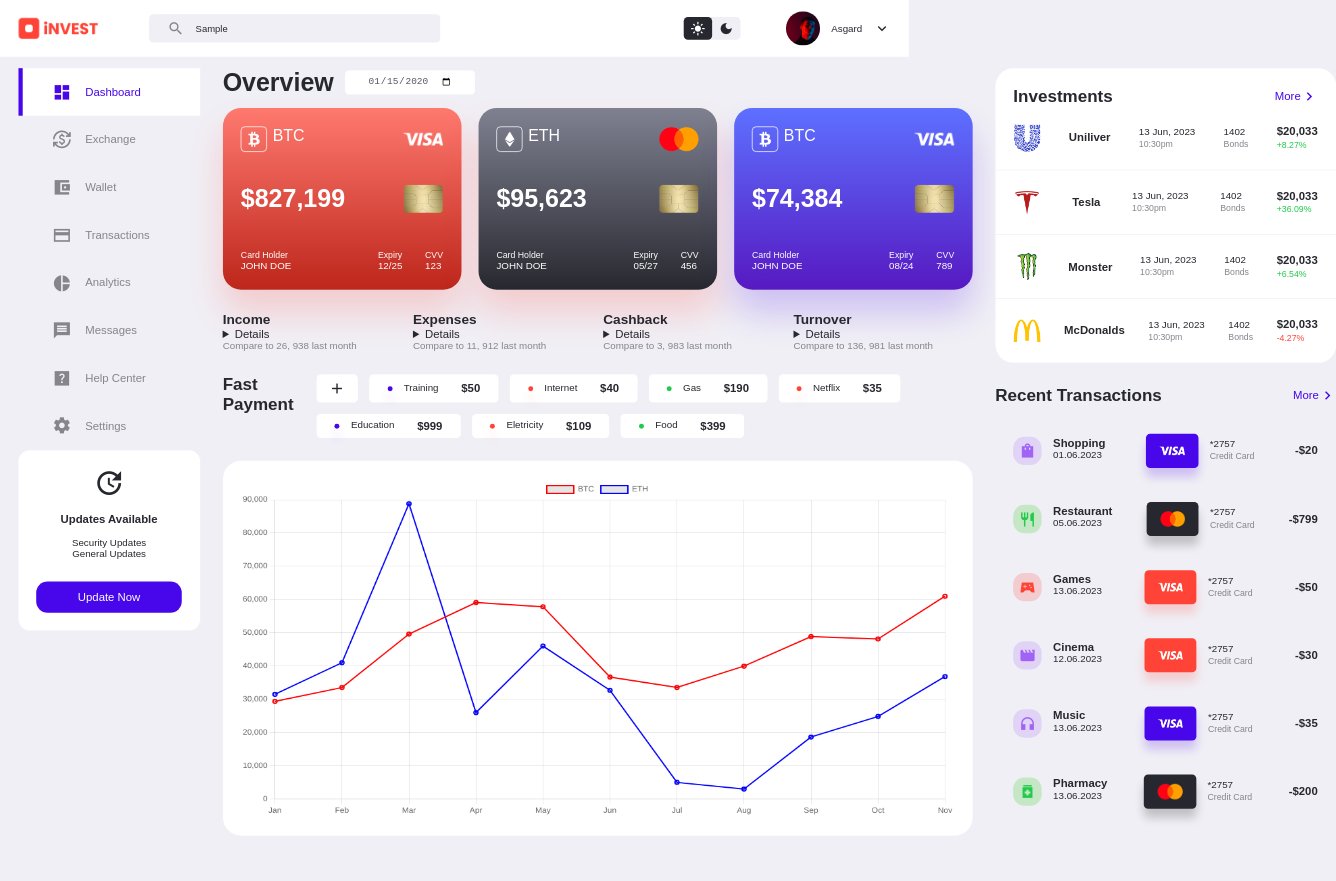
Repository: eziocdl/Admin_Dash
Page: index.html
The author's editor kept a copy of each file at every save. The page is drawn from the files as they stood at one save, then again after the next save.
The browser window is 1280 px wide. The page is 1882 px wide, so the pictures cover 1882 px, including what lies to the right of the window. The pictures show the whole page, at 71% of full size.
Empty fields were first filled with sample values (such as "Sample", 5 or name@example.com).
After loading, the first visible `div.theme-btn` was clicked once.
Some web libraries are served in a nearby version.

Above is the page before, as saved 2023-06-15 23:06:24.

After the next save:
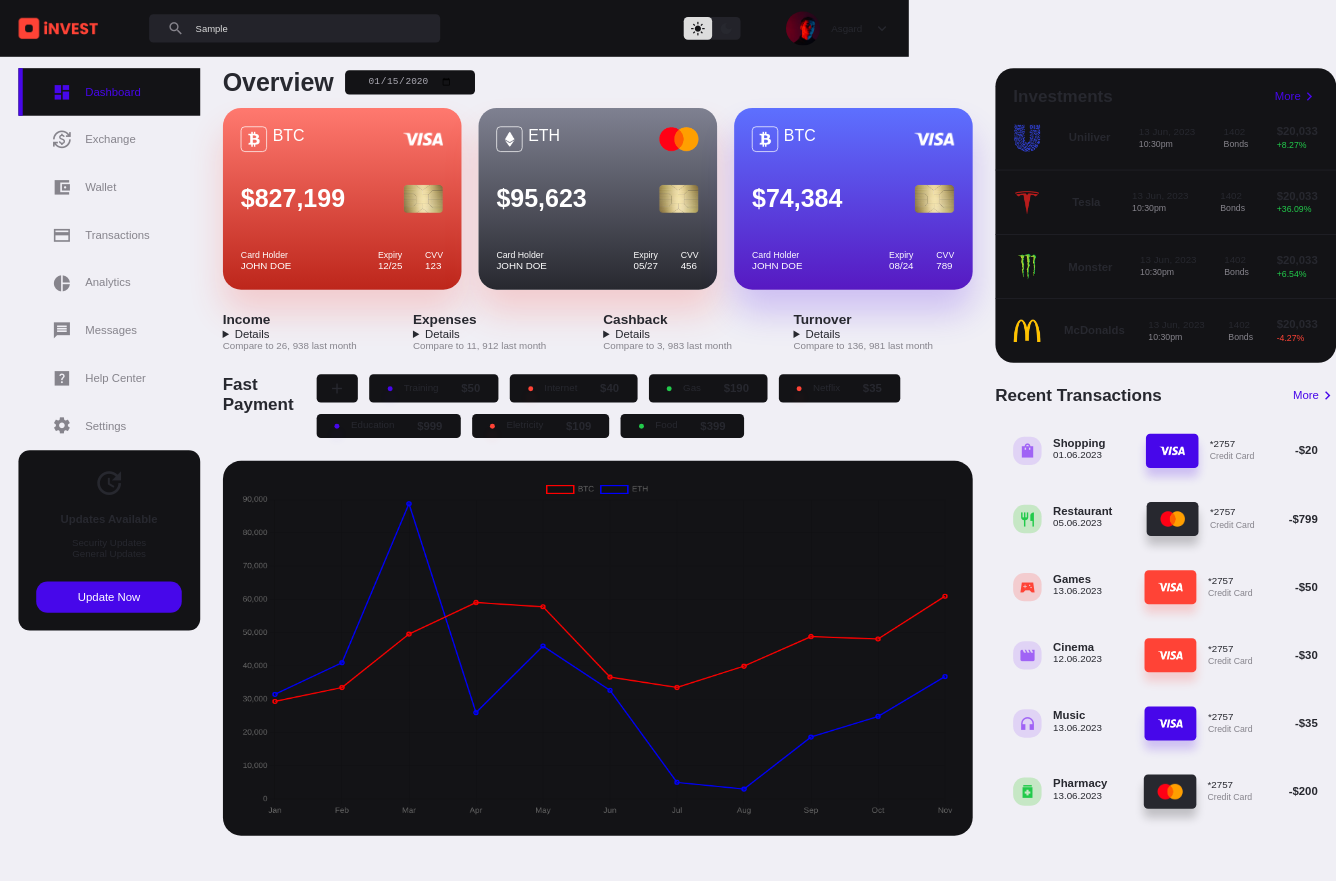
Saved 9 s later.
--- a/main.js
+++ b/main.js
@@ -49,5 +49,5 @@
 const themeBtn = document.querySelector('.theme-btn');
 
 themeBtn.addEventListener('click', () => {
-  document.body.classList.toggle('.dark-theme');
+  document.body.classList.toggle('dark-theme');
 })
